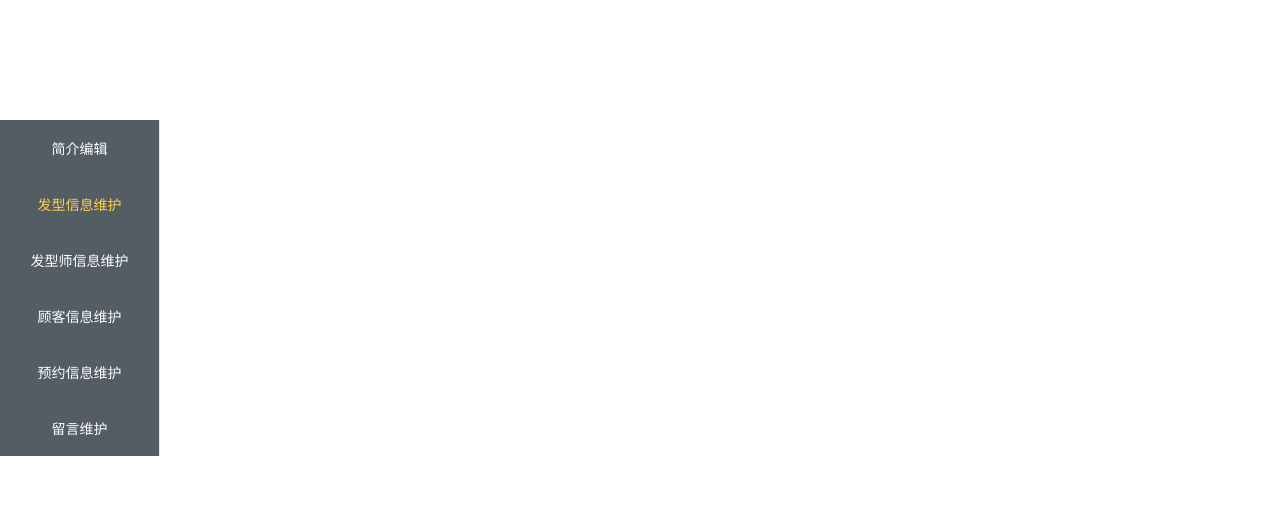
Repository: cjl0805/graduation-design-front
Page: /back/home
An editor plug-in stored every save of this project. The page is shown before and after the next save, followed by the edit.
The browser window is 1280 px wide. The pictures show the whole page.
The project was rebuilt for these pictures with package versions that can differ from the ones it lists, and the page was loaded fresh each time. Also part of the build but not shown: vue.config.js, src/components/RotationChart.vue, src/components/NavigationBar.vue, src/components/HairStylist.vue, src/components/HairStyle.vue, src/views/font/HairStyleView.vue, src/views/font/HairStylistView.vue, src/views/font/HomeView.vue and 11 more.

Above is the page before, as saved 2023-04-17 16:37:09.

After the next save:
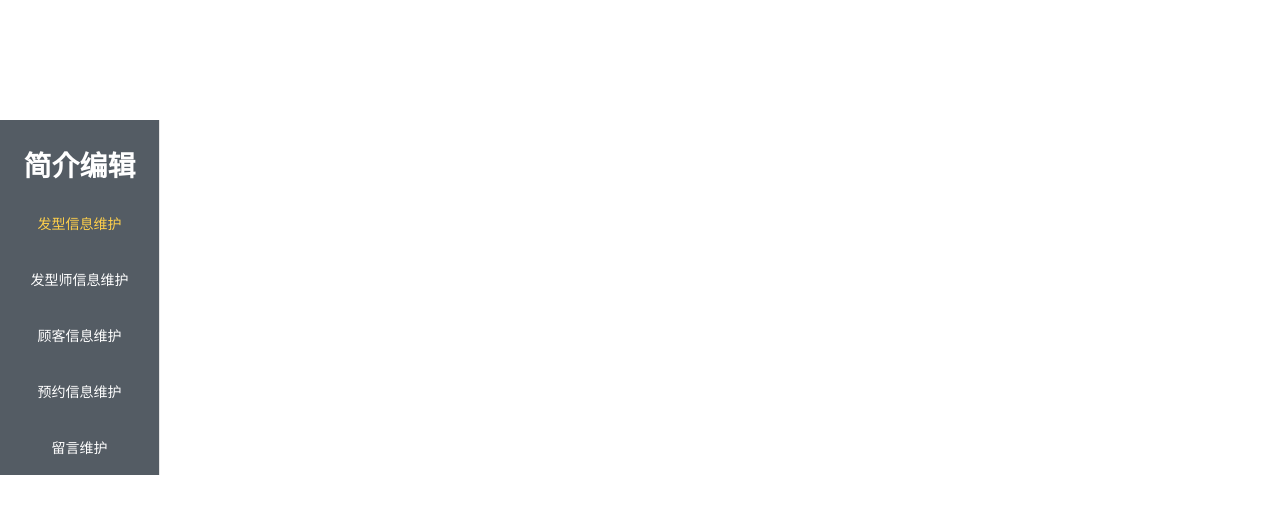
Saved 21 s later.
--- a/src/views/back/MainView.vue
+++ b/src/views/back/MainView.vue
@@ -12,7 +12,7 @@
           active-text-color="#ffd04b"
         >
           <el-menu-item index="1">
-            <span slot="title">简介编辑</span>
+            <span slot="title"><h1>简介编辑</h1></span>
           </el-menu-item>
           <el-menu-item index="2">
             <span slot="title">发型信息维护</span>
